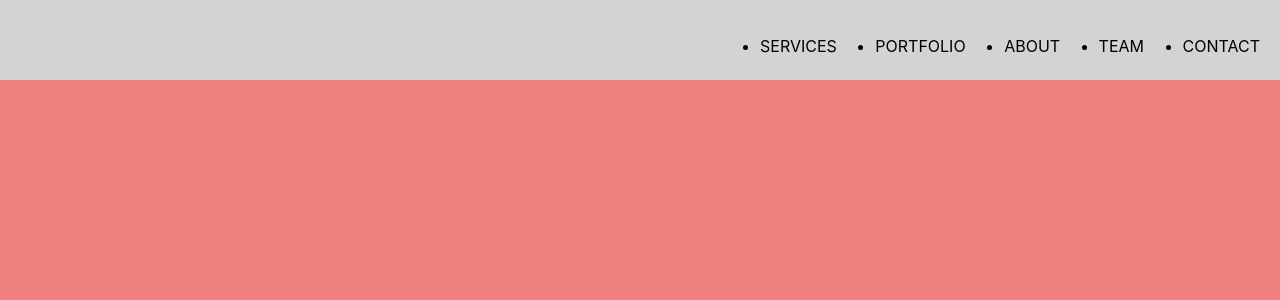
Repository: ooter37/media-queries-afternoon
Page: / (app in portfolio-clone/)
An editor plug-in stored every save of this project. The page is shown before and after the next save, followed by the edit.
The browser window is 1280 px wide. The pictures show the whole page.
The project was rebuilt for these pictures with package versions that can differ from the ones it lists, and the page was loaded fresh each time.

Above is the page before, as saved 2020-04-13 13:32:30.

After the next save:
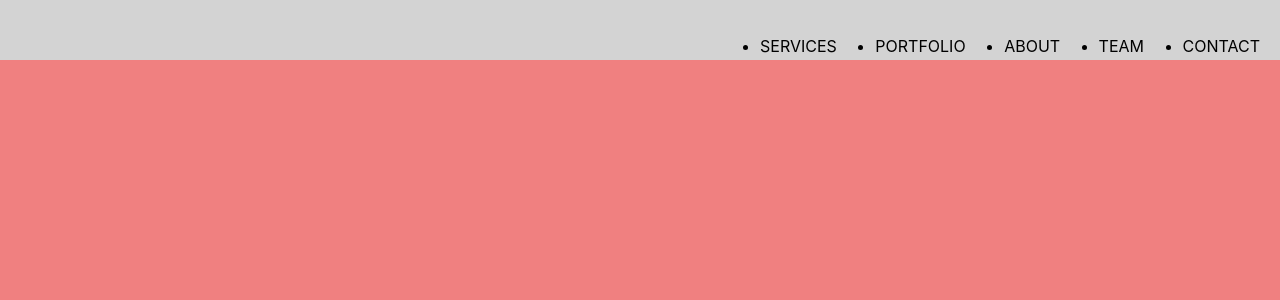
Saved 10 s later.
--- a/portfolio-clone/src/App.css
+++ b/portfolio-clone/src/App.css
@@ -5,7 +5,7 @@
 
 .header {
   width: 100%;
-  height: 80px;
+  height: 60px;
   background-color: lightgrey;
   display: flex;
 }

After the save that followed:
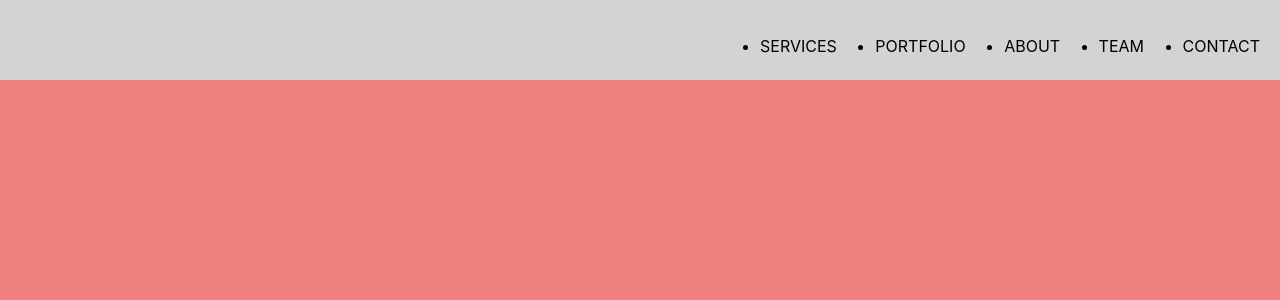
Saved 4 s later.
--- a/portfolio-clone/src/App.css
+++ b/portfolio-clone/src/App.css
@@ -5,7 +5,7 @@
 
 .header {
   width: 100%;
-  height: 60px;
+  height: 80px;
   background-color: lightgrey;
   display: flex;
 }
